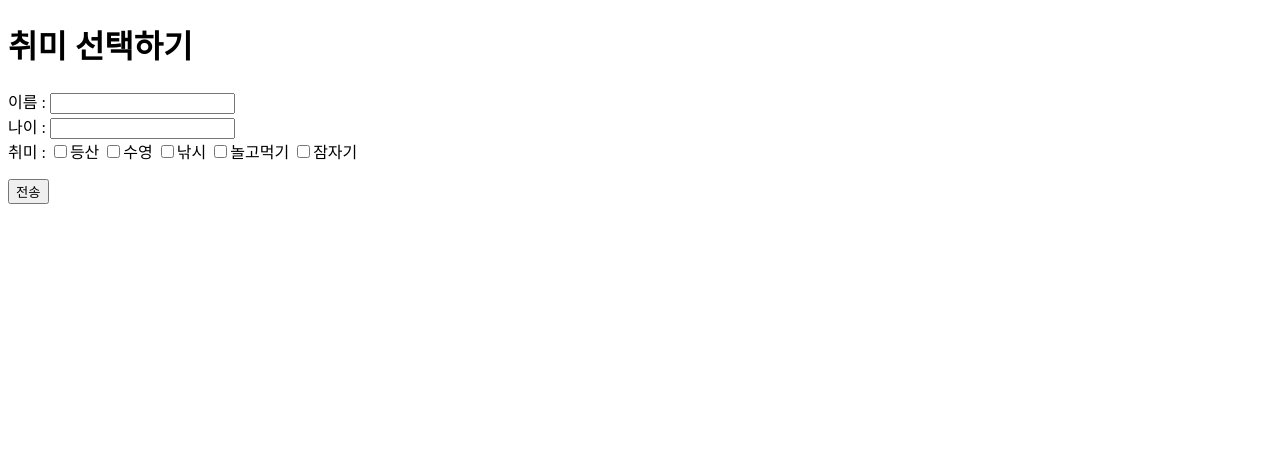
Repository: jiwonnn98/KB-academy
Page: step05_servlet/src/main/webapp/HobbyForm.html
The author's editor kept a copy of each file at every save. The page is drawn from the files as they stood at one save, then again after the next save.
The browser window is 1280 px wide. The pictures show the whole page.

Above is the page before, as saved 2023-08-14 05:40:50.

After the next save:
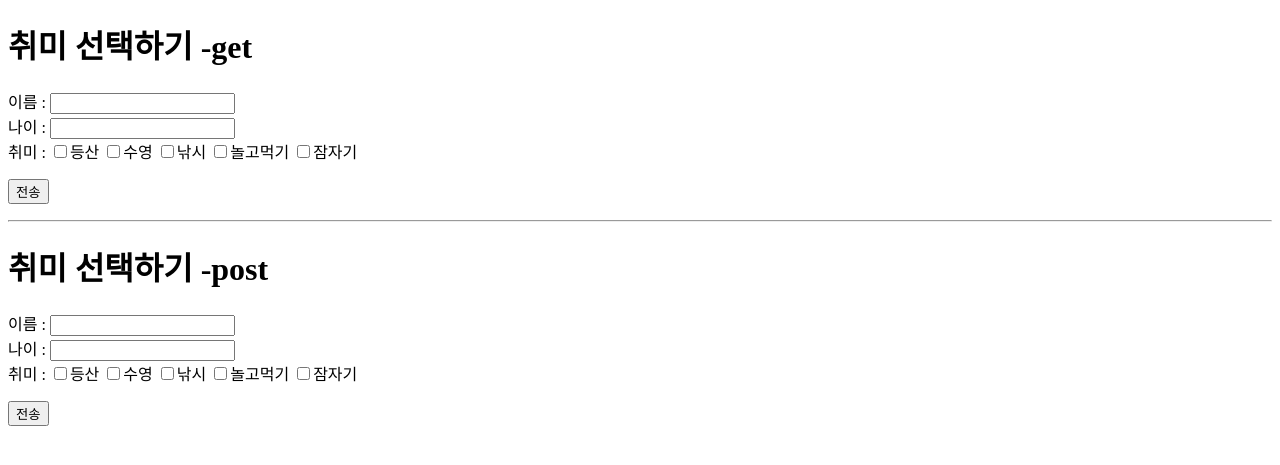
Saved 31 s later.
--- a/step05_servlet/src/main/webapp/HobbyForm.html
+++ b/step05_servlet/src/main/webapp/HobbyForm.html
@@ -5,7 +5,23 @@
 <title>Insert title here</title>
 </head>
 <body>
-<h1> 취미 선택하기 </h1>
+<h1> 취미 선택하기 -get</h1>
+<form name="f" action="" method="get">
+  이름 : <input type="text" name="name" /> <br/>
+  나이  : <input type="text" name="age" /> <br/>
+  취미 :
+   <input type="checkbox" name="hobby" value="등산" />등산
+   <input type="checkbox" name="hobby" value="수영" />수영
+   <input type="checkbox" name="hobby" value="낚시" />낚시
+   <input type="checkbox" name="hobby" value="놀고먹기" />놀고먹기
+   <input type="checkbox" name="hobby" value="잠자기" />잠자기 <p/>
+
+   <input type="submit" value="전송" />
+</form>
+
+<hr>
+
+<h1> 취미 선택하기 -post</h1>
 <form name="f" action="" method="post">
   이름 : <input type="text" name="name" /> <br/>
   나이  : <input type="text" name="age" /> <br/>
@@ -18,6 +34,5 @@
 
    <input type="submit" value="전송" />
 </form>
-
 </body>
 </html>
